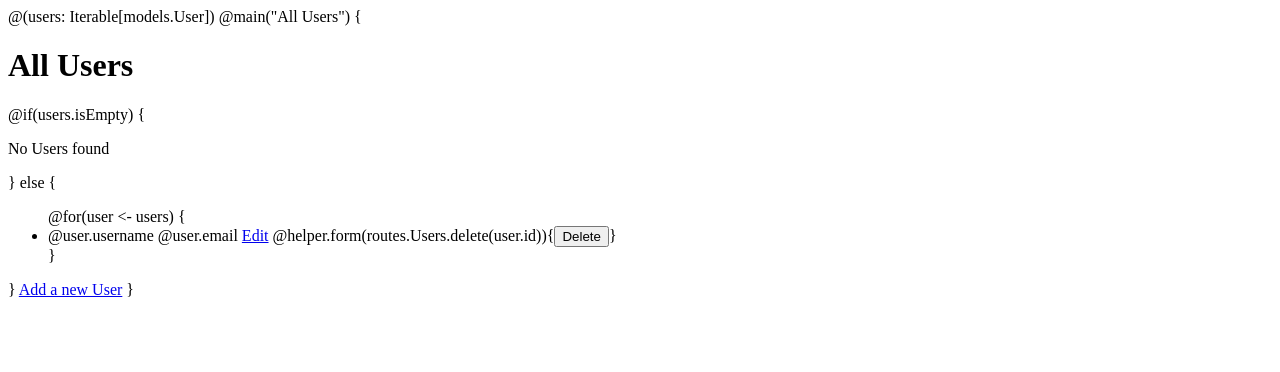
Repository: mlvhub/Learning
Page: Scala/Play!/UserAdmin/app/views/users/list.scala.html
The author's editor kept a copy of each file at every save. The page is drawn from the files as they stood at one save, then again after the next save.
The browser window is 1280 px wide. The pictures show the whole page.

Above is the page before, as saved 2013-12-31 23:29:20.

### Scala/Play!/UserAdmin/app/views/users/list.scala.html
@(users: Iterable[models.User])

@main("All Users") {
  <h1>All Users</h1>
  @if(users.isEmpty) {
      <p>No Users found</p>
  } else {
      <ul>
      @for(user <- users) {
              <li>@user.username @user.email
              <a href="@routes.Users.edit(user.id)">Edit</a>
              @helper.form(routes.Users.delete(user.id)){<button type="submit">Delete</button>}</li>
      }
      </ul>
  }
  <a href="@routes.Users.add">Add a new User</a>
}

After the next save:
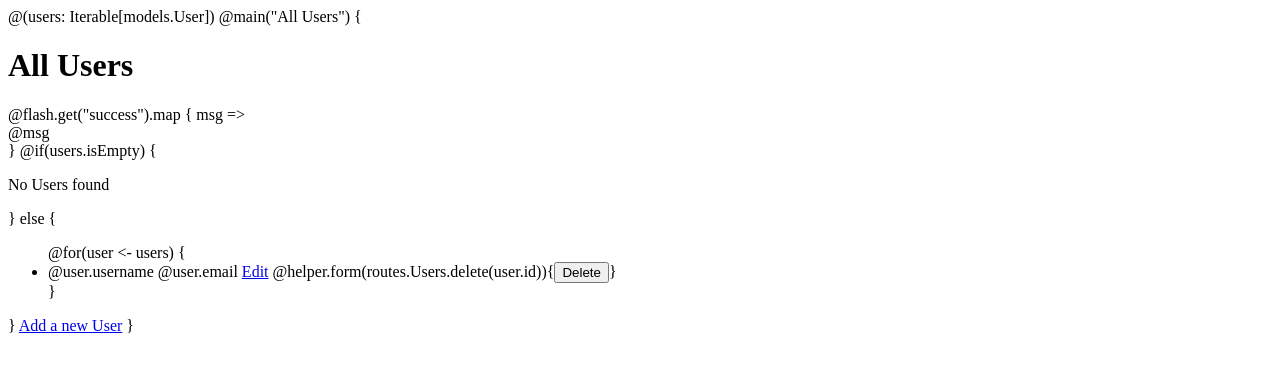
Saved 29 min 55 s later.
--- a/Scala/Play!/UserAdmin/app/views/users/list.scala.html
+++ b/Scala/Play!/UserAdmin/app/views/users/list.scala.html
@@ -2,6 +2,9 @@
 
 @main("All Users") {
   <h1>All Users</h1>
+  @flash.get("success").map { msg =>
+      <div class="flash">@msg</div>
+  }
   @if(users.isEmpty) {
       <p>No Users found</p>
   } else {
